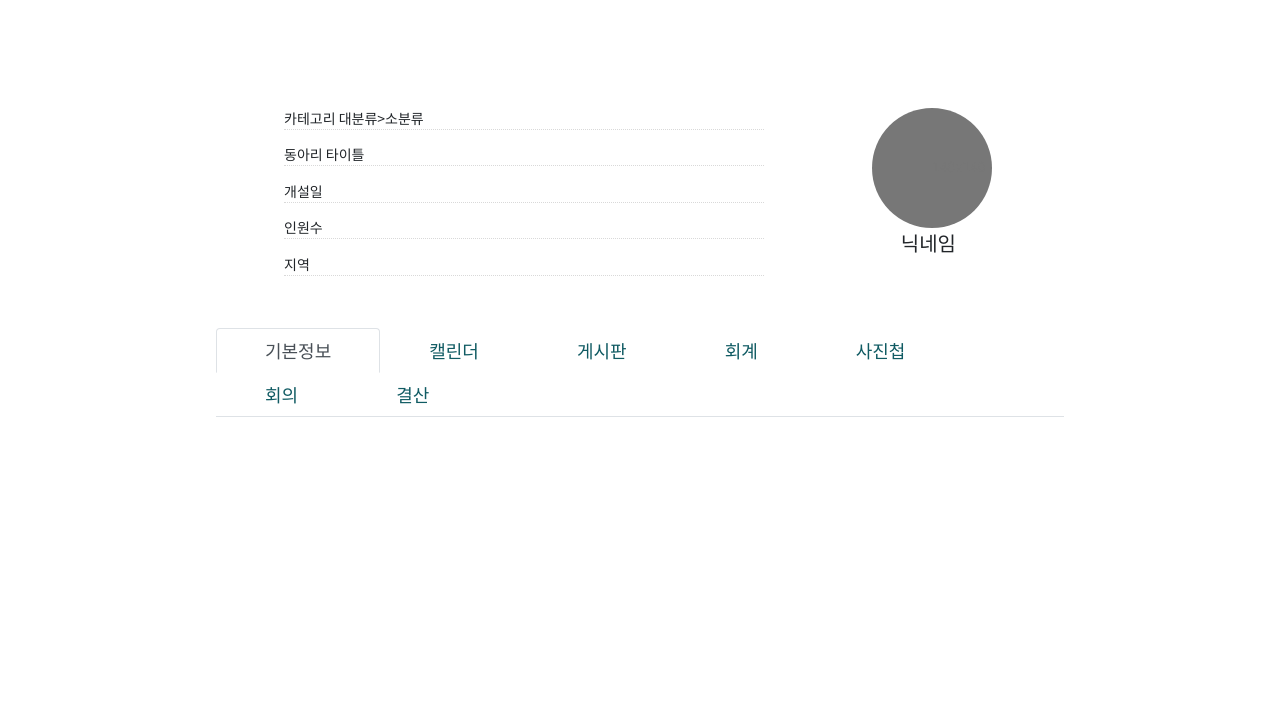
Repository: CHAEYUN7074/SpringProject_Bcle
Page: http://localhost/Bcle/common/meetingmain.jsp
An editor plug-in stored every save of this project. The page is shown before and after the next save, followed by the edit.
The browser window is 1280 px wide. The pictures show the whole page.
Some web fonts or font styles are not loaded; a fallback is used. Some web libraries are served in a nearby version. The page is served by Tomcat 9.

Above is the page before, as saved 2021-12-15 07:31:14.
Console error: ReferenceError: $ is not defined

After the next save:
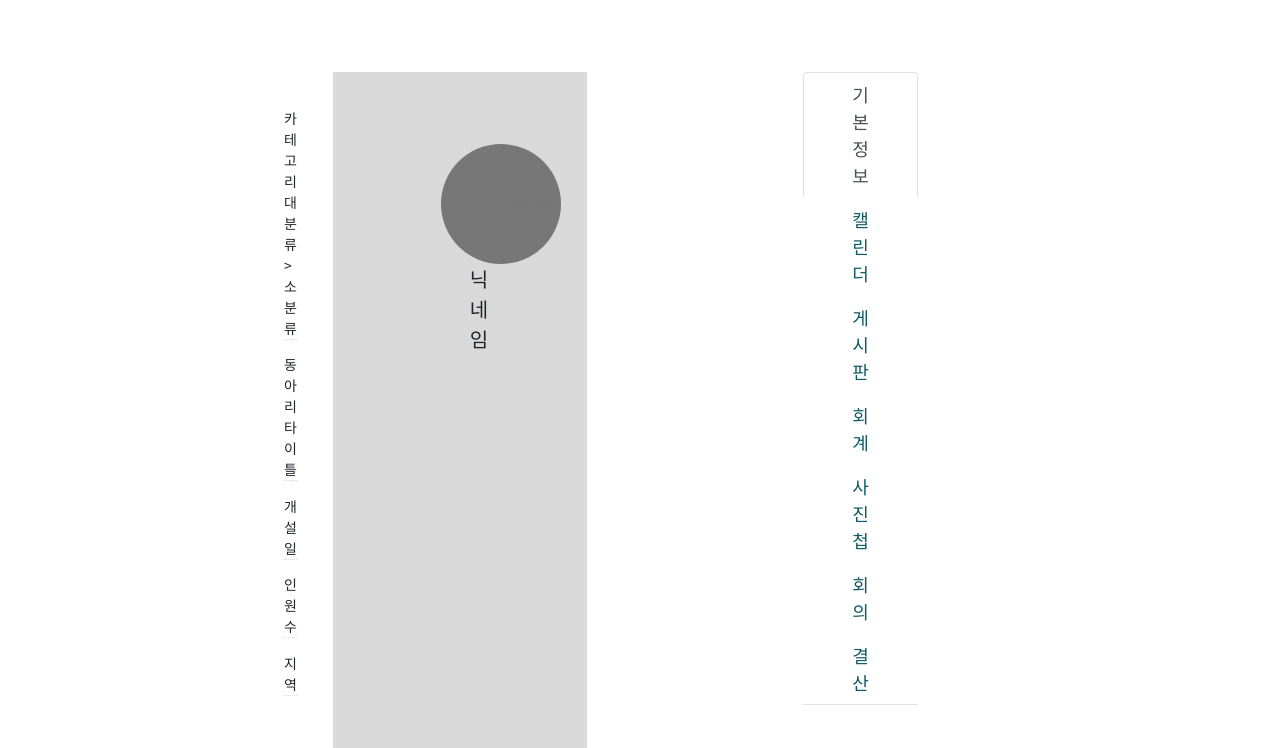
Saved 37 min 27 s later.
--- a/Bcle/WebContent/common/meetingmain.jsp
+++ b/Bcle/WebContent/common/meetingmain.jsp
@@ -113,7 +113,7 @@ margin-left : 4vh;
 										<li>지역</li>
 		</ul>
 		</div>
-		<div class="ProfileInfo>"
+		<div class="ProfileInfo">
 		<div class="row">
 			<div class="col-lg-4">
 			  <svg class="bd-placeholder-img rounded-circle" width="120" height="120" xmlns="http://www.w3.org/2000/svg" role="img" aria-label="Placeholder: 140x140" preserveAspectRatio="xMidYMid slice" focusable="false"><title>Placeholder</title><rect width="100%" height="100%" fill="#777"/><text x="50%" y="50%" fill="#777" dy=".3em">140x140</text></svg>
